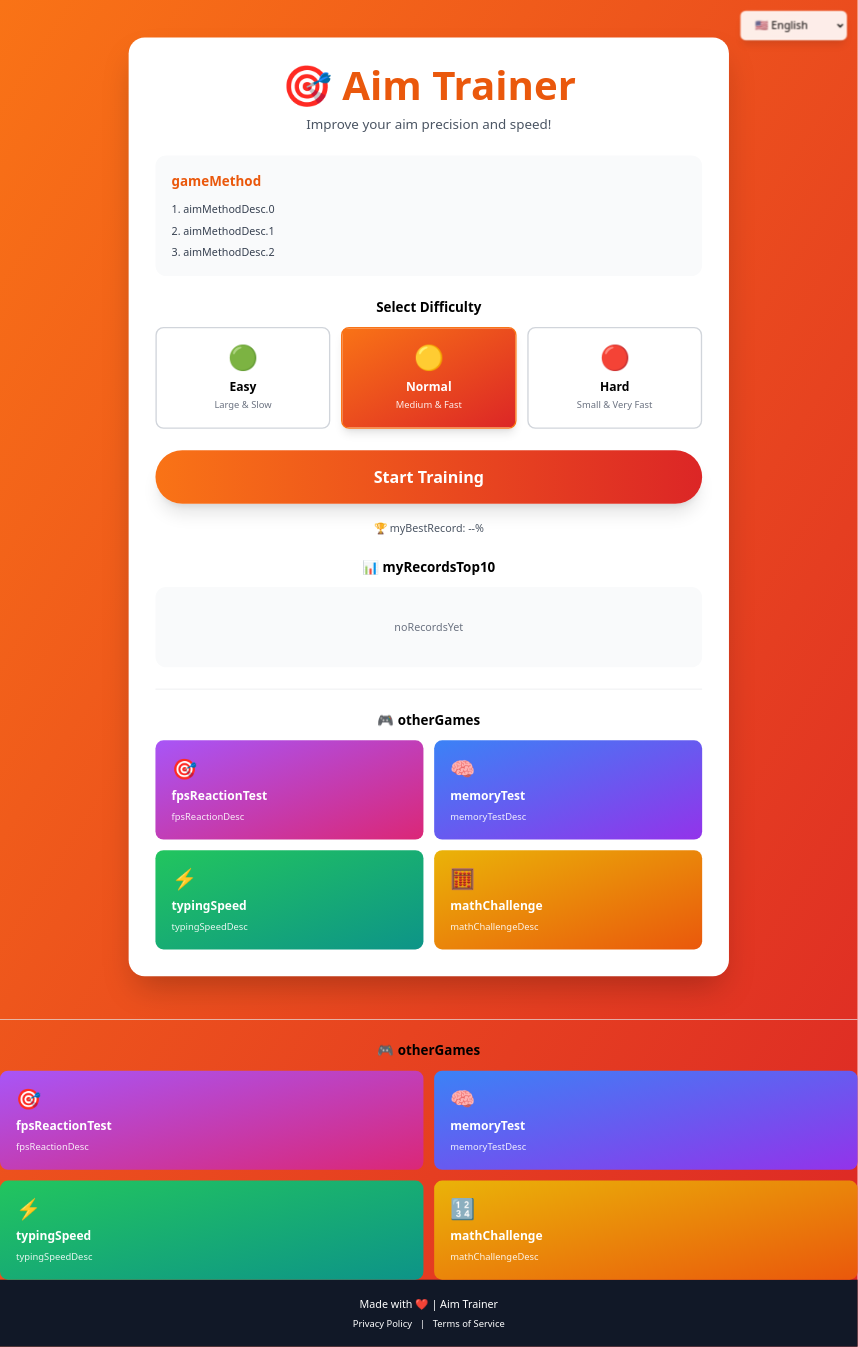
Repository: Lcmind/withjocoding
Page: aim-trainer.html
These files come from the project's save history. The page is drawn as it stood at one moment and after the next save; the edit follows.
The browser window is 1280 px wide. The pictures show the whole page, at 67% of full size.
Some web libraries are served in a nearby version.

Above is the page before, as saved 2026-01-13 22:04:14.

After the next save:
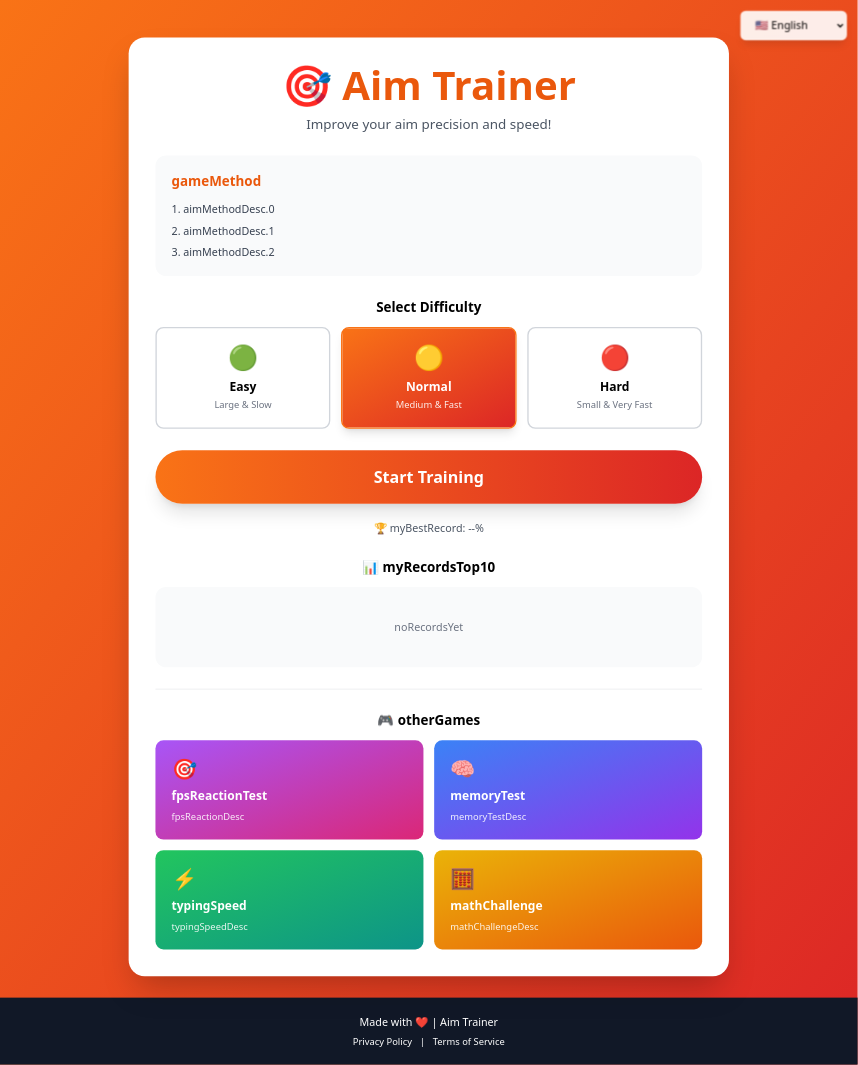
Saved 116 s later.
--- a/aim-trainer.html
+++ b/aim-trainer.html
@@ -169,38 +169,6 @@
     </div>
   </div>
 
-  <!-- 게임 화면 -->      <!-- 다른 게임 섹션 -->
-      <div class="mt-8 border-t border-gray-200 pt-8">
-        <h3 class="text-xl font-bold text-center mb-4">🎮 <span data-i18n="otherGames">Other Games</span></h3>
-        <div class="grid grid-cols-1 md:grid-cols-2 gap-4">
-          <a href="index.html" class="block bg-gradient-to-br from-purple-500 to-pink-600 rounded-xl p-6 text-white hover:shadow-xl transition-all duration-300 hover:-translate-y-1">
-            <div class="text-3xl mb-2">🎯</div>
-            <div class="font-bold text-lg mb-2" data-i18n="fpsReactionTest">FPS Reaction Test</div>
-            <div class="text-sm opacity-90" data-i18n="fpsReactionDesc">Test your reaction speed</div>
-          </a>
-
-          <a href="memory-test.html" class="block bg-gradient-to-br from-blue-500 to-purple-600 rounded-xl p-6 text-white hover:shadow-xl transition-all duration-300 hover:-translate-y-1">
-            <div class="text-3xl mb-2">🧠</div>
-            <div class="font-bold text-lg mb-2" data-i18n="memoryTest">Memory Test</div>
-            <div class="text-sm opacity-90" data-i18n="memoryTestDesc">Test your memory skills</div>
-          </a>
-
-          <a href="typing-speed.html" class="block bg-gradient-to-br from-green-500 to-teal-600 rounded-xl p-6 text-white hover:shadow-xl transition-all duration-300 hover:-translate-y-1">
-            <div class="text-3xl mb-2">⚡</div>
-            <div class="font-bold text-lg mb-2" data-i18n="typingSpeed">Typing Speed</div>
-            <div class="text-sm opacity-90" data-i18n="typingSpeedDesc">Test your typing speed</div>
-          </a>
-
-          <a href="math-challenge.html" class="block bg-gradient-to-br from-yellow-500 to-orange-600 rounded-xl p-6 text-white hover:shadow-xl transition-all duration-300 hover:-translate-y-1">
-            <div class="text-3xl mb-2">🔢</div>
-            <div class="font-bold text-lg mb-2" data-i18n="mathChallenge">Math Challenge</div>
-            <div class="text-sm opacity-90" data-i18n="mathChallengeDesc">Quick math calculations</div>
-          </a>
-        </div>
-      </div>
-    </div>
-  </div>
-
   <!-- 게임 화면 -->
   <div id="game-screen" class="screen hidden min-h-screen bg-gray-900 relative">
     <!-- 게임 정보 -->
